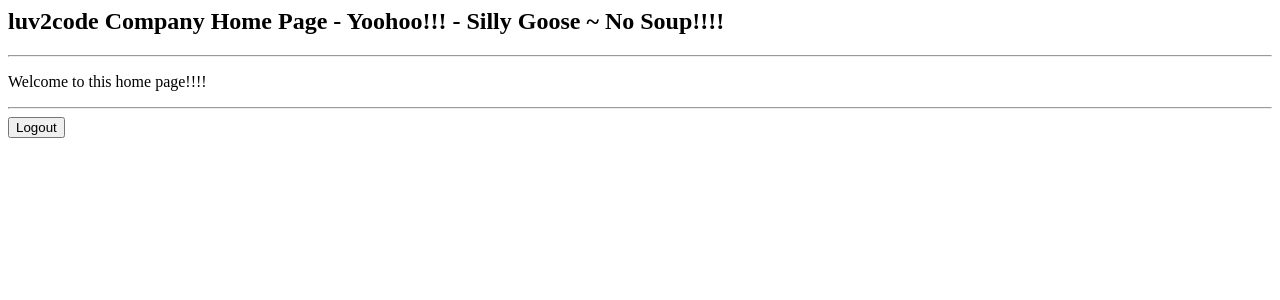
Repository: JT12s/Ecllipse-SpringPrcaticeProject
Page: http://localhost/spring-security-demo-07-user-roles/WEB-INF/view/home.jsp
The author's editor kept a copy of each file at every save. The page is drawn from the files as they stood at one save, then again after a run of saves.
The browser window is 1280 px wide. The pictures show the whole page.
The page is served by Tomcat 9. Nobody is signed in. Other server files are loaded and not shown. The template is opened directly, without the code that normally fills it, so the values that code supplies are empty.

Above is the page before, as saved 2022-08-07 00:21:11.

### spring-security-demo-07-user-roles/src/main/webapp/WEB-INF/view/home.jsp
<%@ taglib prefix="form" uri="http://www.springframework.org/tags/form" %>
<%@ taglib prefix="security" uri="http://www.springframework.org/security/tags" %>

<html>

<head>

	<title>luv2code Company Home Page</title>
</head>

<body>
	<h2>luv2code Company Home Page - Yoohoo!!! - Silly Goose ~ No Soup!!!!</h2>
	<hr>

	<p>
	Welcome to this home page!!!!
	</p>

	<hr>

	<!-- Add a logout button -->
	<form:form action="${pageContext.request.contextPath }/logout" method="POST">
		<input type="submit" value="Logout" />
	</form:form>
</body>

</html>

After the next 2 saves:
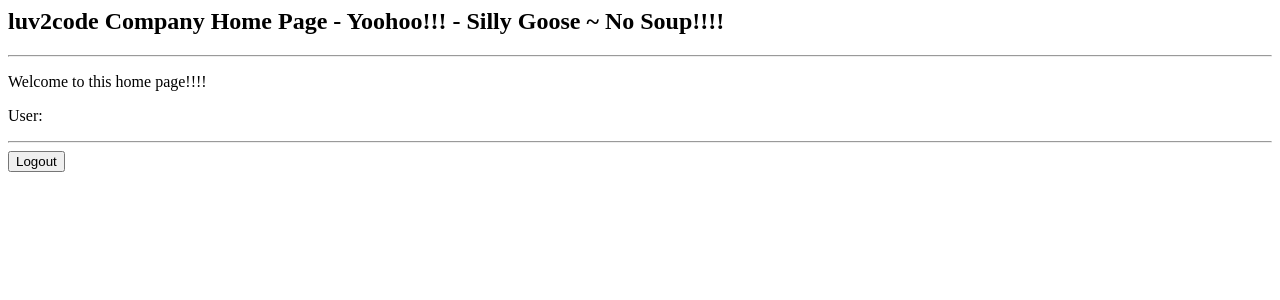
The 2 saves are shown as one change because 1 did not build or start.
The last was saved 33 s later.
--- a/spring-security-demo-07-user-roles/src/main/webapp/WEB-INF/view/home.jsp
+++ b/spring-security-demo-07-user-roles/src/main/webapp/WEB-INF/view/home.jsp
@@ -16,6 +16,9 @@
 	Welcome to this home page!!!!
 	</p>
 
+	<p>
+		User: <security:authentication property="principal.username" />
+	</p>
 	<hr>
 
 	<!-- Add a logout button -->
